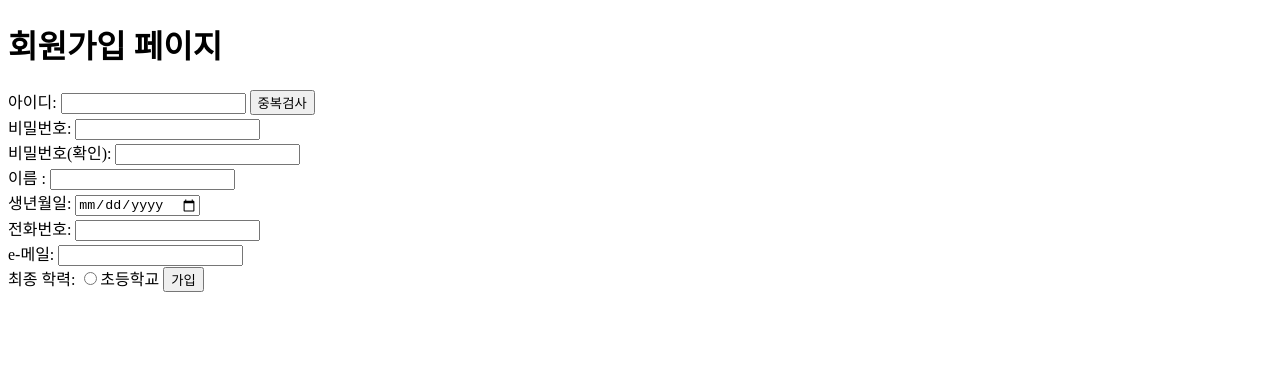
Repository: rmh6363/javastudy
Page: HelloWorld/WebContent/d.html
An editor plug-in stored every save of this project. The page is shown before and after the next save, followed by the edit.
The browser window is 1280 px wide. The pictures show the whole page.

Above is the page before, as saved 2020-12-04 07:27:06.

### HelloWorld/WebContent/d.html
<!DOCTYPE html>
<html>
<head>
<meta charset="UTF-8">
<title>Insert title here</title>
</head>
<body>
<h1>회원가입 페이지</h1>

<form action="a.html" method="post">
<label for="id">아이디: </label>
<input id ="id" name="id"> <button>중복검사</button>
<br>
<label for="pw1">비밀번호: </label>
<input id = "pw1" type="password" name = "pw1">
<br>
<label for="pw2">비밀번호(확인): </label>
<input id = "pw2" type="password" name = "pw2">
<br>
<label for="name">이름 : </label>
<input id="name"  name = "name">
<br>
<label for = "brith">생년월일:</label>
<input id = "birth" type="date" name = "birth">
<br>
<label for = "tel">전화번호:</label>
<input id ="tel" type="tel" name= "tel">
<br>
<label for = "email">e-메일:</label>
<input id="email" type="email" name= "email">
<br>
<label>최종 학력:</label>
<input type="radio" name="school">초등학교
<input type="submit" value="가입">

<br>

</form>
</body>
</html>

After the next save:
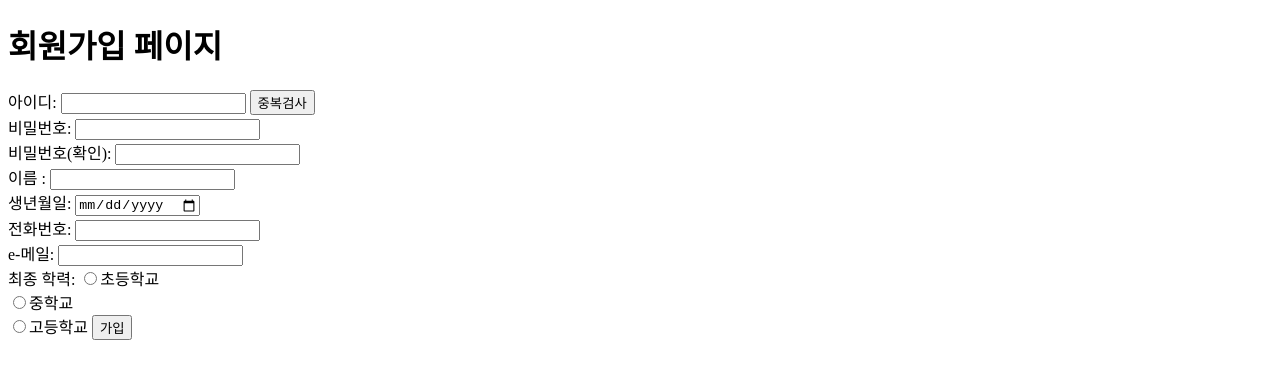
Saved 2 min 3 s later.
--- a/HelloWorld/WebContent/d.html
+++ b/HelloWorld/WebContent/d.html
@@ -31,6 +31,10 @@
 <br>
 <label>최종 학력:</label>
 <input type="radio" name="school">초등학교
+<br>
+<input type="radio" name = "school">중학교
+<br>
+<input type="radio" name = "school">고등학교
 <input type="submit" value="가입">
 
 <br>
